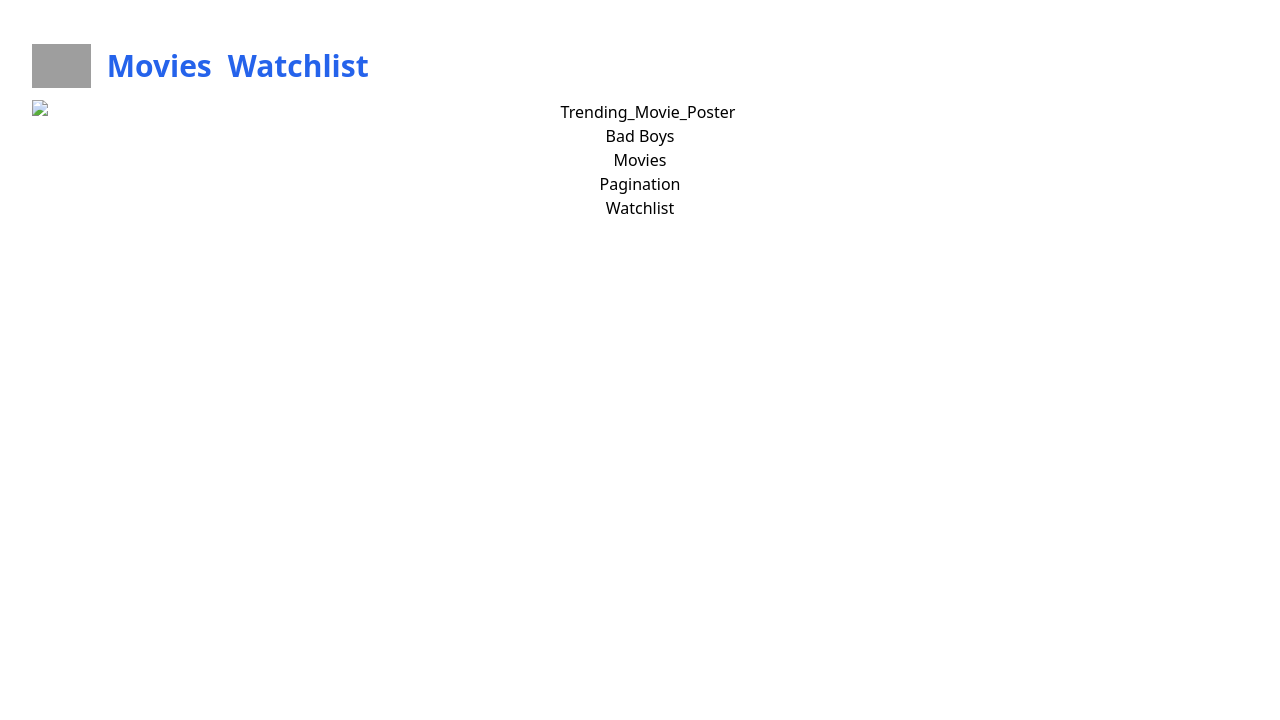
Repository: PrashantPanjwani/JSProjects
Page: / (app in Movies-App/)
An editor plug-in stored every save of this project. The page is shown before and after the next save, followed by the edit.
The browser window is 1280 px wide. The pictures show the whole page.
Pictures or frames that could not be fetched are drawn as grey boxes. The project was rebuilt for these pictures with package versions that can differ from the ones it lists, and the page was loaded fresh each time. Also part of the build but not shown: Movies-App/vite.config.js.

Above is the page before, as saved 2024-08-03 23:37:03.

After the next save:
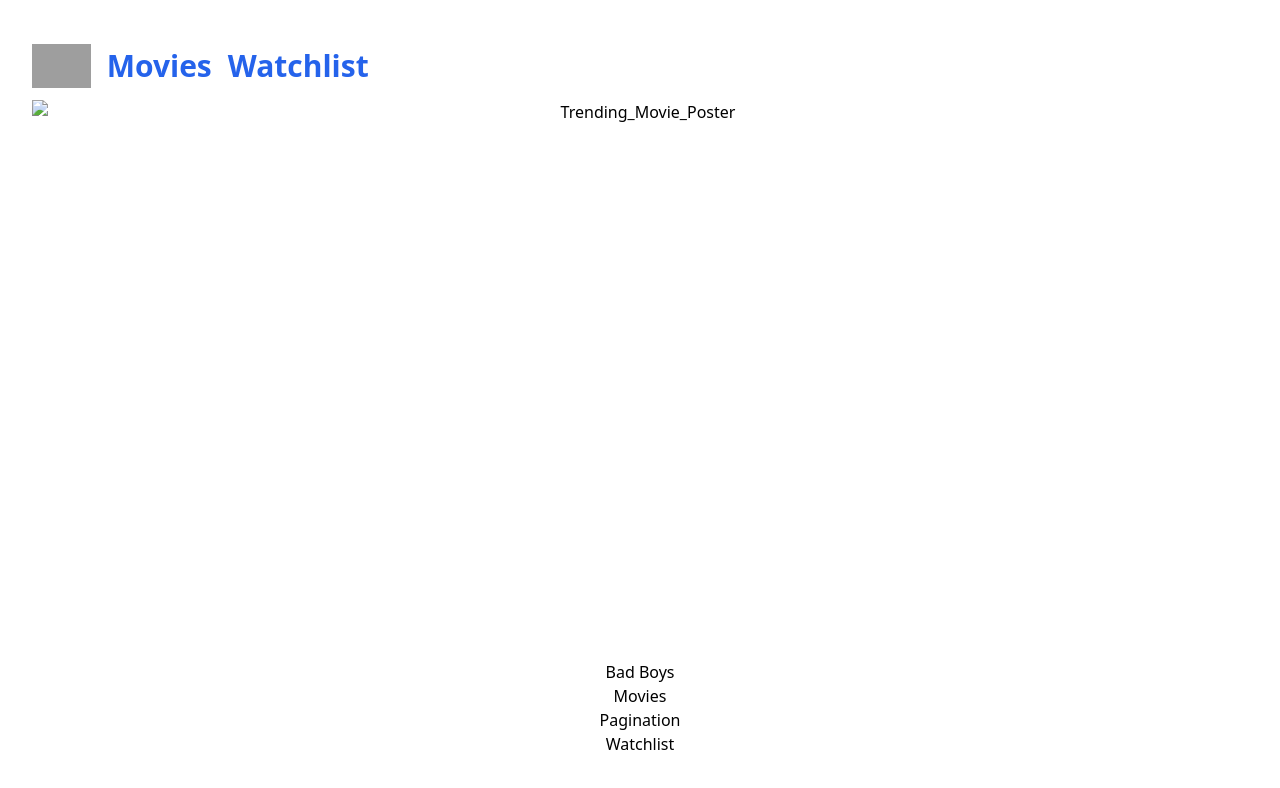
Saved 18 s later.
--- a/Movies-App/src/Components/Banner.jsx
+++ b/Movies-App/src/Components/Banner.jsx
@@ -1,7 +1,7 @@
 export default function Banner(){
     return(
         <div>
-            <img className="h-[35 rem] w-full" src="" alt="Trending_Movie_Poster" />
+            <img className="h-[35rem] w-full" src="" alt="Trending_Movie_Poster" />
             <p>Bad Boys</p>
         </div>
     )
